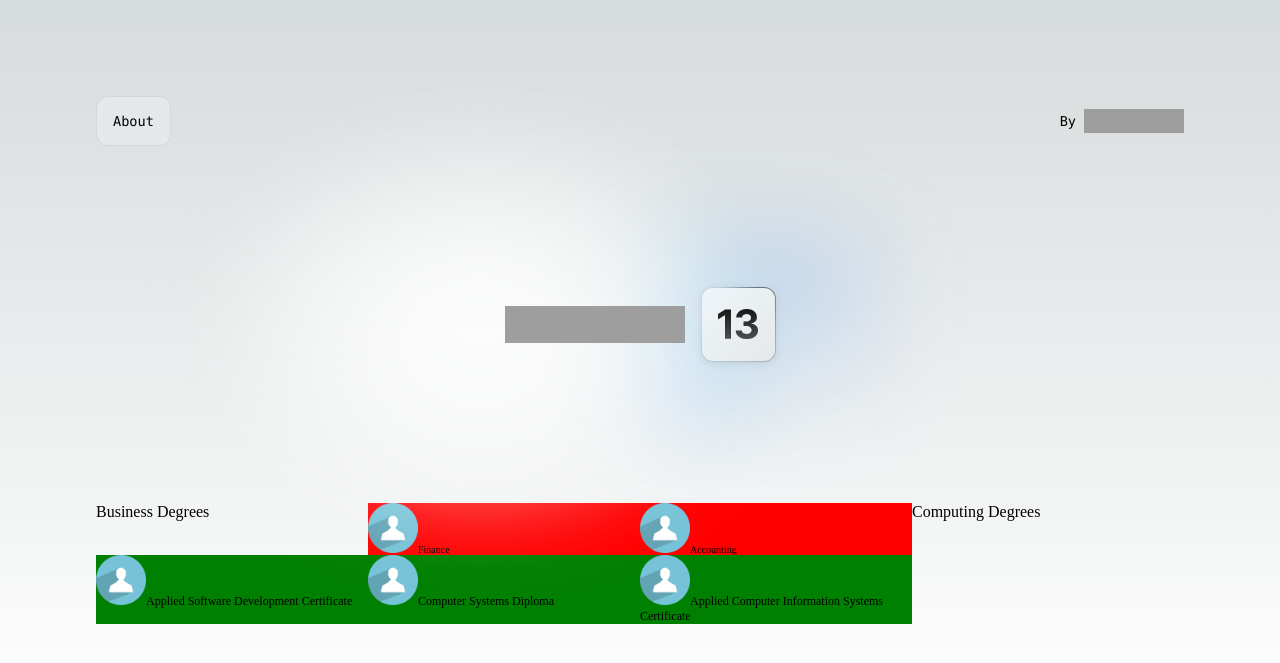
Repository: TeoEstrada9/Week-3-example
Page: /
An editor plug-in stored every save of this project. The page is shown before and after the next save, followed by the edit.
The browser window is 1280 px wide. The pictures show the whole page.
Pictures or frames that could not be fetched are drawn as grey boxes. The project was rebuilt for these pictures with package versions that can differ from the ones it lists, and the page was loaded fresh each time. The framework's server and built-in components were replaced by stand-ins that run in the browser. Also part of the build but not shown: next.config.js.

Above is the page before, as saved 2023-01-16 11:35:35.

After the next save:
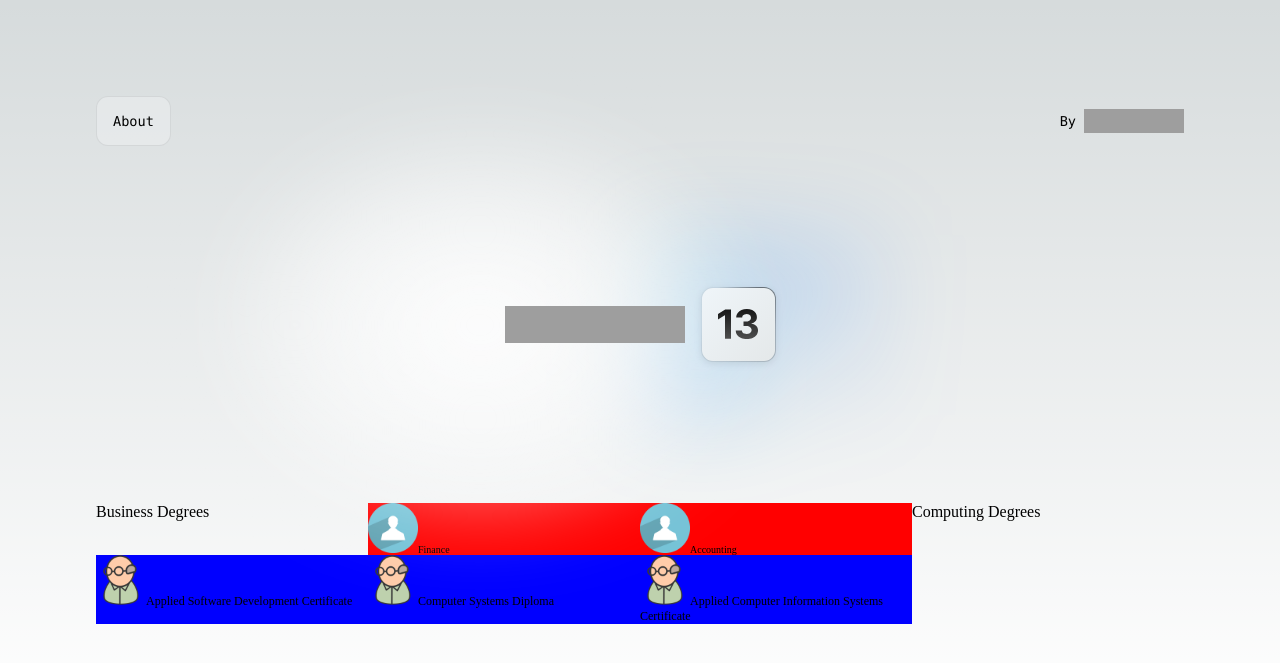
Saved 2 min 27 s later.
--- a/pages/index.js
+++ b/pages/index.js
@@ -82,7 +82,7 @@ export default function Home() {
           {information && information.map((info, index) => {
             if(info.department === "Computing")
             return(
-              <Card key={index} degree={info.degree} colour="green" font="12px"/>
+              <Card key={index} degree={info.degree} colour="blue" font="12px"/>
             )
 
           })}
